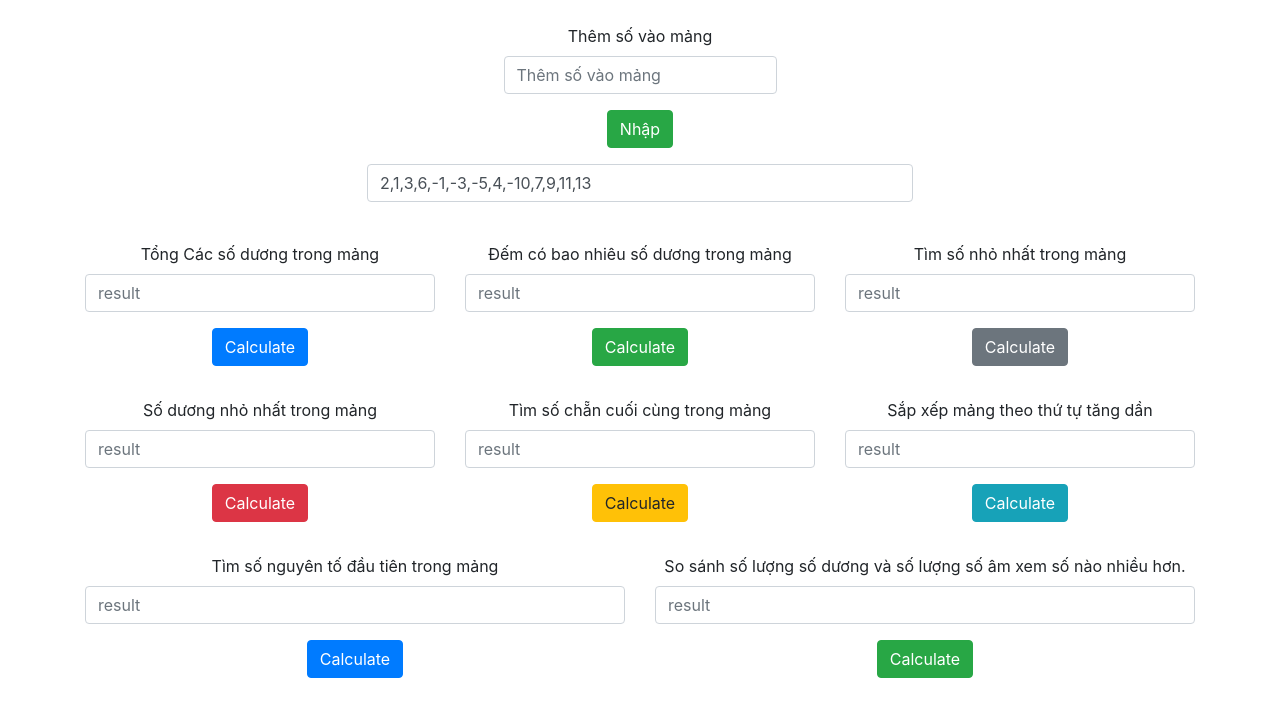
Repository: baobaodeveloper/bootcamp21__array__HuynhAnhBao
Page: index.html
The author's editor kept a copy of each file at every save. The page is drawn from the files as they stood at one save, then again after the next save.
The browser window is 1280 px wide. The pictures show the whole page.

Above is the page before, as saved 2022-03-20 19:01:25.

After the next save:
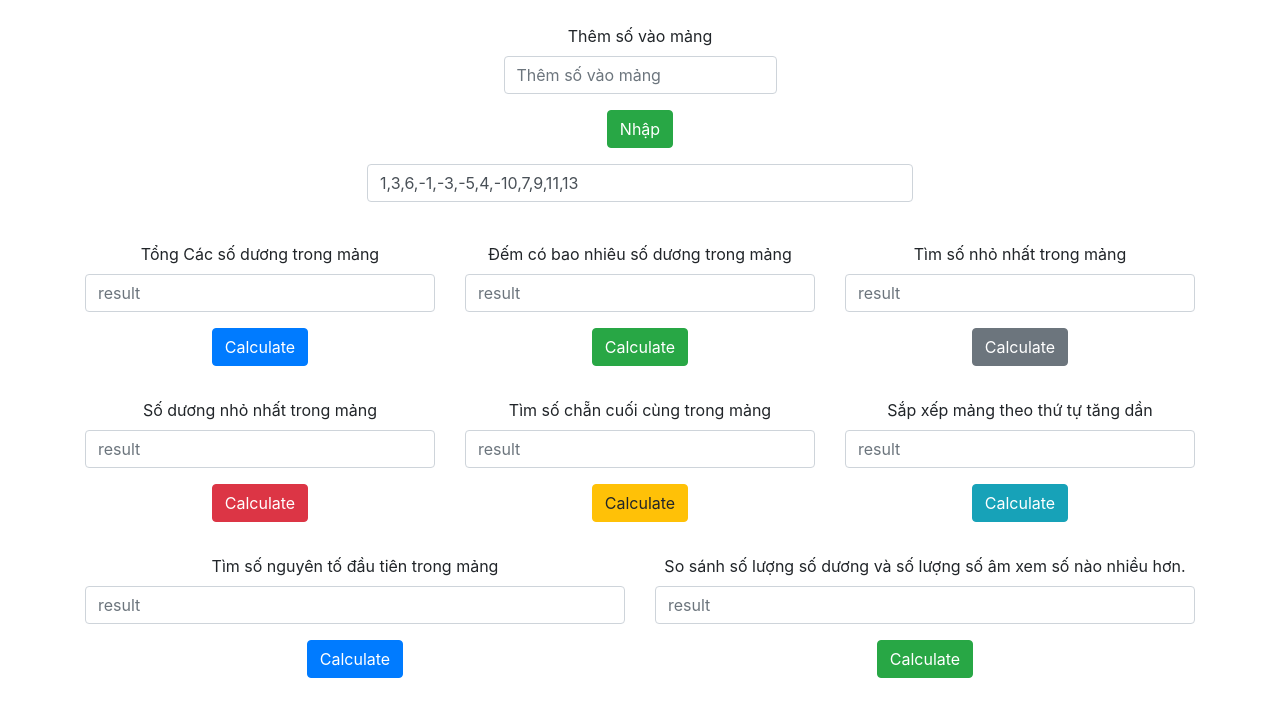
Saved 6 s later.
--- a/app.js
+++ b/app.js
@@ -9,7 +9,7 @@
 //   console.log(arr);
 //   document.getElementById("array-current").value = arr.join("  ");
 // });
-let arr = [2, 1, 3, 6, -1, -3, -5, 4, -10, 7, 9, 11, 13];
+let arr = [1, 3, 6, -1, -3, -5, 4, -10, 7, 9, 11, 13];
 document.getElementById("array-current").value = arr;
 // 1. Tổng các số dương trong mảng.
 document
